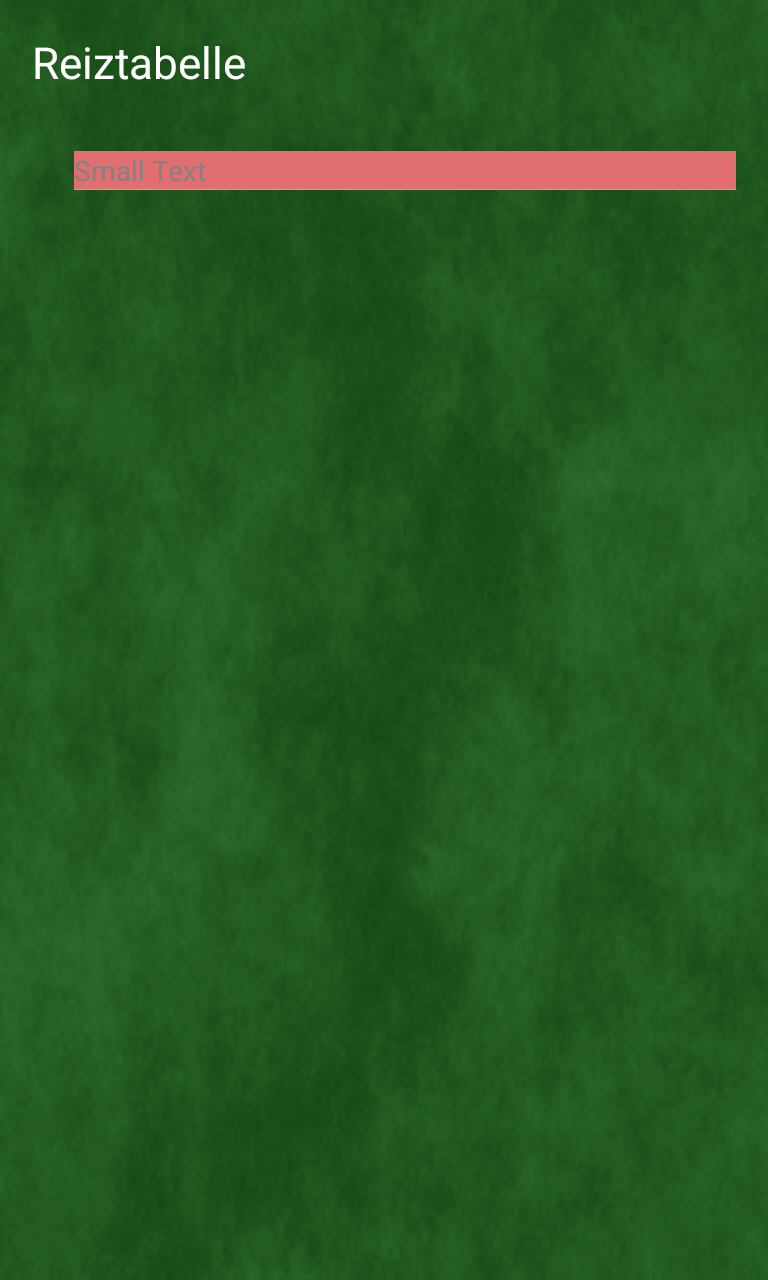
Repository: razinanu/InSy-Skat
Layout: InSy-Skat/res/layout/fragment_result.xml
These files come from the project's save history. The layout is drawn as it stood at one moment and after the next save; the edit follows.
It is drawn on a 768 x 1280 px phone screen (xhdpi) without system bars, with theme AppTheme; the app's code is not run. The app's manifest (not shown) leaves right-to-left support off. So textAlignment, textDirection and layoutDirection are ignored, and left and right values win over start and end ones.

Above is the layout before, as saved 2014-06-19 19:03:02.

After the next save:
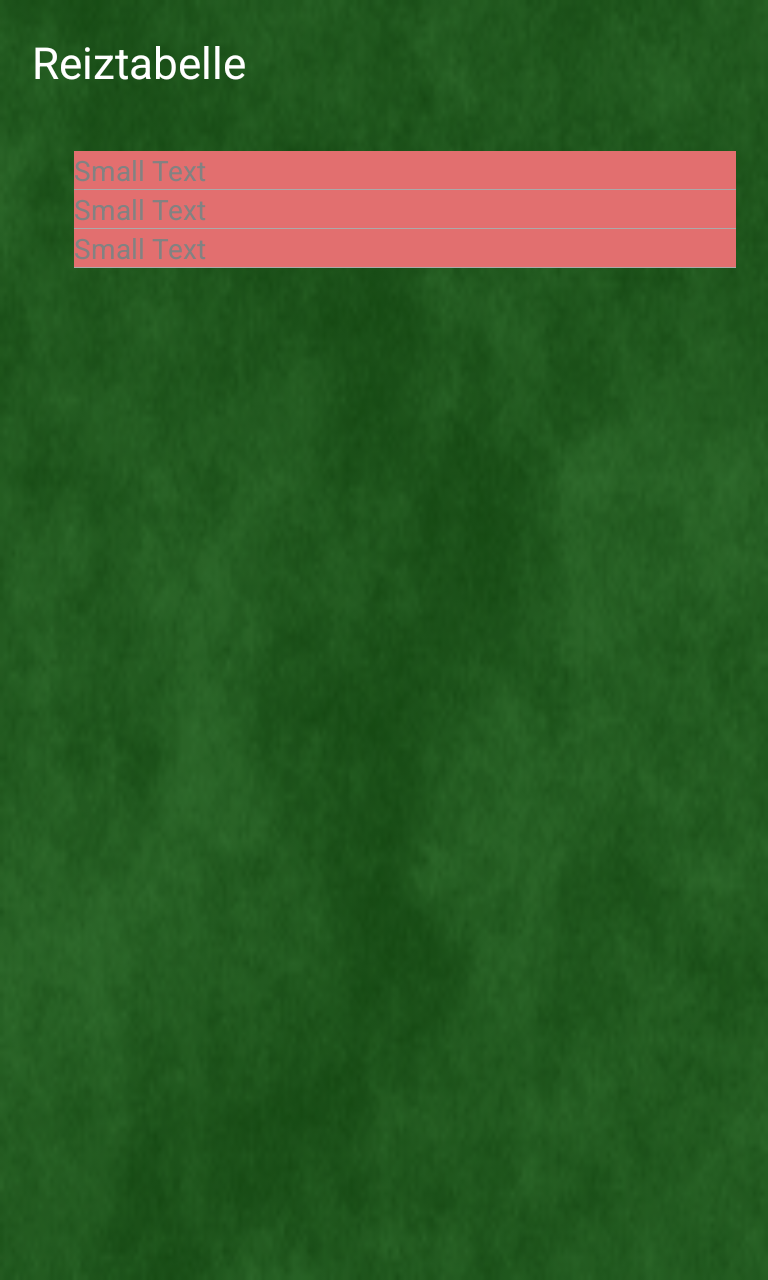
Saved 37 s later.
--- a/InSy-Skat/res/layout/fragment_result.xml
+++ b/InSy-Skat/res/layout/fragment_result.xml
@@ -33,22 +33,54 @@
              android:orientation="vertical" >
 
              <TextView
+                 android:id="@+id/TextView02"
+                 android:layout_width="match_parent"
+                 android:layout_height="wrap_content"
+                 android:background="@color/backgroundnotAvailable"
+                 android:text="Small Text"
+                 android:textAppearance="?android:attr/textAppearanceSmall"
+                 android:textColor="@color/textnotAvailable" />
+
+             <View
+                 android:id="@+id/View02"
+                 android:layout_width="fill_parent"
+                 android:layout_height="0.2dp"
+                 android:background="@android:color/darker_gray"
+                 android:visibility="visible" />
+
+             <TextView
+                 android:id="@+id/TextView01"
+                 android:layout_width="match_parent"
+                 android:layout_height="wrap_content"
+                 android:background="@color/backgroundnotAvailable"
+                 android:text="Small Text"
+                 android:textAppearance="?android:attr/textAppearanceSmall"
+                 android:textColor="@color/textnotAvailable" />
+
+             <View
+                 android:id="@+id/View01"
+                 android:layout_width="fill_parent"
+                 android:layout_height="0.2dp"
+                 android:background="@android:color/darker_gray"
+                 android:visibility="visible" />
+
+             <TextView
                  android:id="@+id/textView01"
                  android:layout_width="match_parent"
                  android:layout_height="wrap_content"
-                 android:textColor="@color/textnotAvailable"
                  android:background="@color/backgroundnotAvailable"
                  android:text="Small Text"
-                 android:textAppearance="?android:attr/textAppearanceSmall" />
-              <View
-                android:layout_width="fill_parent"
-                android:layout_height="0.2dp"
-                android:id="@+id/separator"
-                android:visibility="visible"
-                android:background="@android:color/darker_gray"/>
+                 android:textAppearance="?android:attr/textAppearanceSmall"
+                 android:textColor="@color/textnotAvailable" />
 
+             <View
+                 android:id="@+id/separator"
+                 android:layout_width="fill_parent"
+                 android:layout_height="0.2dp"
+                 android:background="@android:color/darker_gray"
+                 android:visibility="visible" />
+         </LinearLayout>
 
-         </LinearLayout>
      </ScrollView>
 
 </RelativeLayout>

After the save that followed:
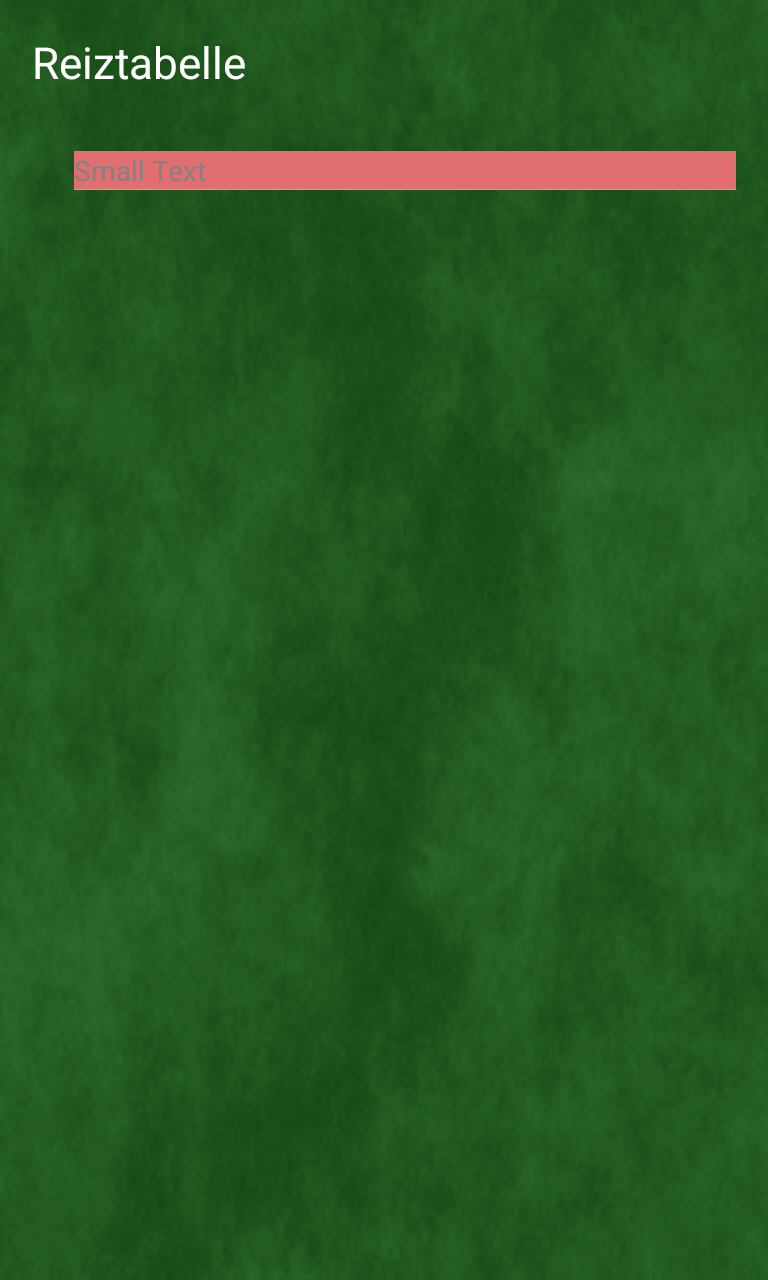
Saved 2 min 0 s later.
--- a/InSy-Skat/res/layout/fragment_result.xml
+++ b/InSy-Skat/res/layout/fragment_result.xml
@@ -33,54 +33,23 @@
              android:orientation="vertical" >
 
              <TextView
-                 android:id="@+id/TextView02"
-                 android:layout_width="match_parent"
-                 android:layout_height="wrap_content"
-                 android:background="@color/backgroundnotAvailable"
-                 android:text="Small Text"
-                 android:textAppearance="?android:attr/textAppearanceSmall"
-                 android:textColor="@color/textnotAvailable" />
-
-             <View
-                 android:id="@+id/View02"
-                 android:layout_width="fill_parent"
-                 android:layout_height="0.2dp"
-                 android:background="@android:color/darker_gray"
-                 android:visibility="visible" />
-
-             <TextView
-                 android:id="@+id/TextView01"
-                 android:layout_width="match_parent"
-                 android:layout_height="wrap_content"
-                 android:background="@color/backgroundnotAvailable"
-                 android:text="Small Text"
-                 android:textAppearance="?android:attr/textAppearanceSmall"
-                 android:textColor="@color/textnotAvailable" />
-
-             <View
-                 android:id="@+id/View01"
-                 android:layout_width="fill_parent"
-                 android:layout_height="0.2dp"
-                 android:background="@android:color/darker_gray"
-                 android:visibility="visible" />
-
-             <TextView
                  android:id="@+id/textView01"
                  android:layout_width="match_parent"
                  android:layout_height="wrap_content"
+                 android:textColor="@color/textnotAvailable"
                  android:background="@color/backgroundnotAvailable"
+                 android:textAlignment="center"
                  android:text="Small Text"
-                 android:textAppearance="?android:attr/textAppearanceSmall"
-                 android:textColor="@color/textnotAvailable" />
+                 android:textAppearance="?android:attr/textAppearanceSmall" />
+              <View
+                android:layout_width="fill_parent"
+                android:layout_height="0.2dp"
+                android:id="@+id/separator"
+                android:visibility="visible"
+                android:background="@android:color/darker_gray"/>
 
-             <View
-                 android:id="@+id/separator"
-                 android:layout_width="fill_parent"
-                 android:layout_height="0.2dp"
-                 android:background="@android:color/darker_gray"
-                 android:visibility="visible" />
+
          </LinearLayout>
-
      </ScrollView>
 
 </RelativeLayout>
